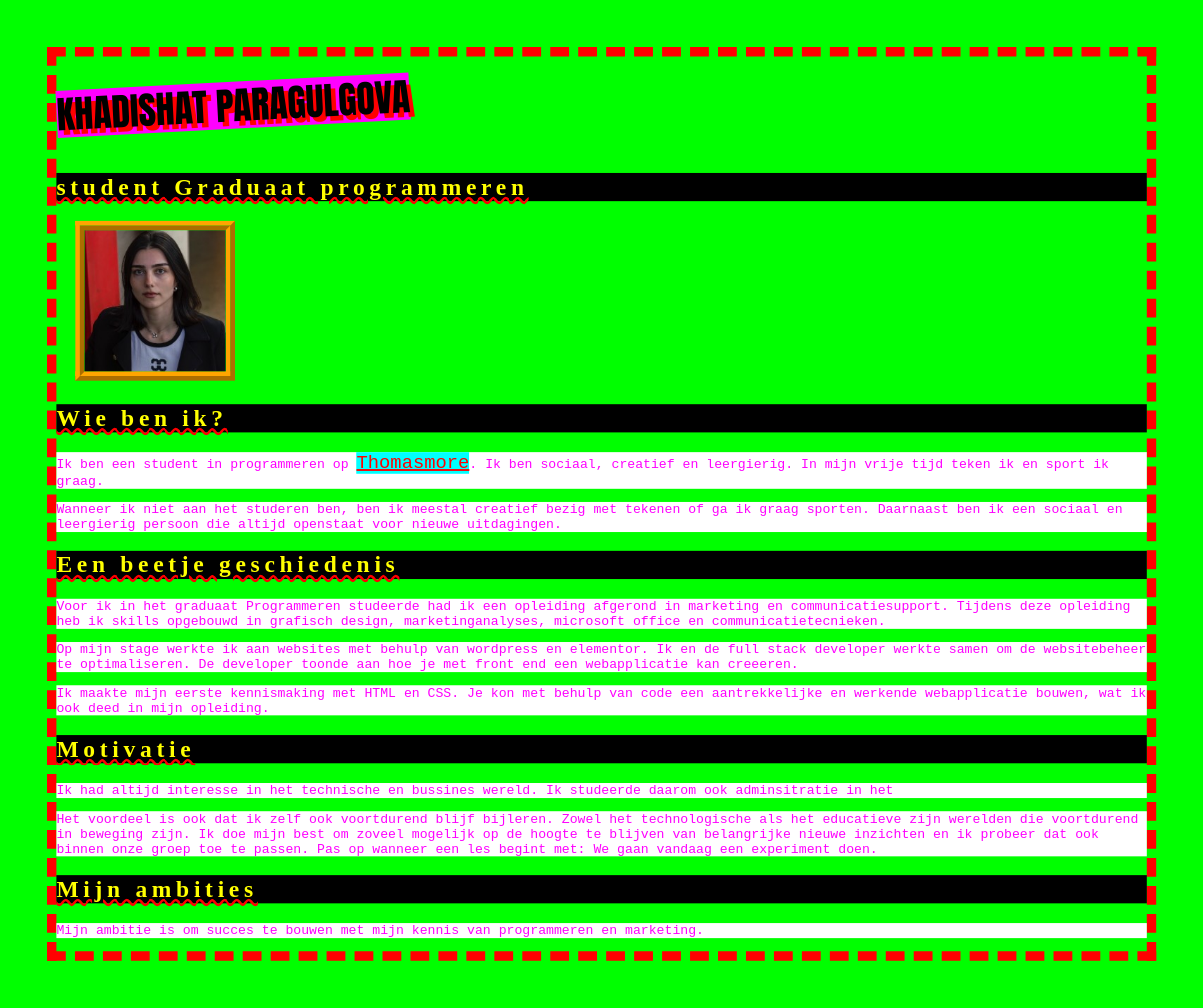
Repository: khadishat00/portfolio
Page: index1.html
An editor plug-in stored every save of this project. The page is shown before and after a run of saves, followed by the edit.
The browser window is 1280 px wide. The pictures show the whole page, at 94% of full size.

Above is the page before, as saved 2026-09-24 16:22:30.

### index1.html
<!doctype html>
<html lang="en">
  <head>
    <meta charset="UTF-8" />
    <meta name="viewport" content="width=device-width, initial-scale=1.0" />
    <title>portfolio</title>
  </head>
 <style>
    html {
      font-family: "Comic Sans MS", "Chalkboard SE", sans-serif;
      cursor: wait;
    }
    body {
      background-color: #00FF00;
      margin: 50px;
      border: 10px dashed red;
    }
    h1 {
      font-family: "Impact", fantasy;
      background-color: magenta;
      font-weight: 900;
      font-size: 40px;
      line-height: 50px;
      text-transform: uppercase;
      text-shadow: 5px 5px 0px red;
      transform: rotate(-3deg);
      display: inline-block;
    }
    h2 {
      font-family: "Papyrus", fantasy;
      color: yellow;
      background-color: black;
      font-weight: bold;
      font-size: 25px;
      line-height: 30px;
      text-decoration: underline wavy red;
      letter-spacing: 5px;
    }
    p {
      font-family: "Courier New", monospace;
      color: #FF00FF;
      background-color: white;
      font-size: 14px;

    }

    a {
      color: red;
      background-color: cyan;
      font-size: 20px;
    }

    figure {
      display: block;
      margin: 20px;
    }

    img {
      max-width: 150px;
      border: 10px ridge orange;
    }
  </style>

  <body>
    <header>
      <h1>Khadishat Paragulgova</h1>
      <h2>student Graduaat programmeren</h2>
      <figure>
        <img src="profielfoto.jpg" alt="Mijn profielfoto" />
      </figure>
    </header>
    <main>
      <h2>Wie ben ik?</h2>
      <p>
        Ik ben een student in programmeren op
        <a href="https://thomasmore.be/nl">Thomasmore</a>. Ik ben sociaal,
        creatief en leergierig. In mijn vrije tijd teken ik en sport ik graag.
      </p>
      <p>
        Wanneer ik niet aan het studeren ben, ben ik meestal creatief bezig met
        tekenen of ga ik graag sporten. Daarnaast ben ik een sociaal en
        leergierig persoon die altijd openstaat voor nieuwe uitdagingen.
      </p>

      <h2>Een beetje geschiedenis</h2>
      <p>
        Voor ik in het graduaat Programmeren studeerde had ik een opleiding
        afgerond in marketing en communicatiesupport. Tijdens deze opleiding heb
        ik skills opgebouwd in grafisch design, marketinganalyses, microsoft
        office en communicatietecnieken.
      </p>
      <p>
        Op mijn stage werkte ik aan websites met behulp van wordpress en
        elementor. Ik en de full stack developer werkte samen om de
        websitebeheer te optimaliseren. De developer toonde aan hoe je met front
        end een webapplicatie kan creeeren.
      </p>
      <p>
        Ik maakte mijn eerste kennismaking met HTML en CSS. Je kon met behulp van code een aantrekkelijke en werkende webapplicatie bouwen, wat ik ook deed in mijn opleiding.
      </p>

      <h2>Motivatie</h2>
      <p>
        Ik had altijd interesse in het technische en bussines wereld. Ik studeerde daarom ook adminsitratie in het
      </p>
      <p>
        Het voordeel is ook dat ik zelf ook voortdurend blijf bijleren. Zowel
        het technologische als het educatieve zijn werelden die voortdurend in
        beweging zijn. Ik doe mijn best om zoveel mogelijk op de hoogte te
        blijven van belangrijke nieuwe inzichten en ik probeer dat ook binnen
        onze groep toe te passen. Pas op wanneer een les begint met: We gaan
        vandaag een experiment doen.
      </p>

      <h2>Mijn ambities</h2>
      <p>
        Mijn ambitie is om succes te bouwen met mijn kennis van programmeren en marketing.
      </p>
    </main>
  </body>
</html>

After the next 2 saves:
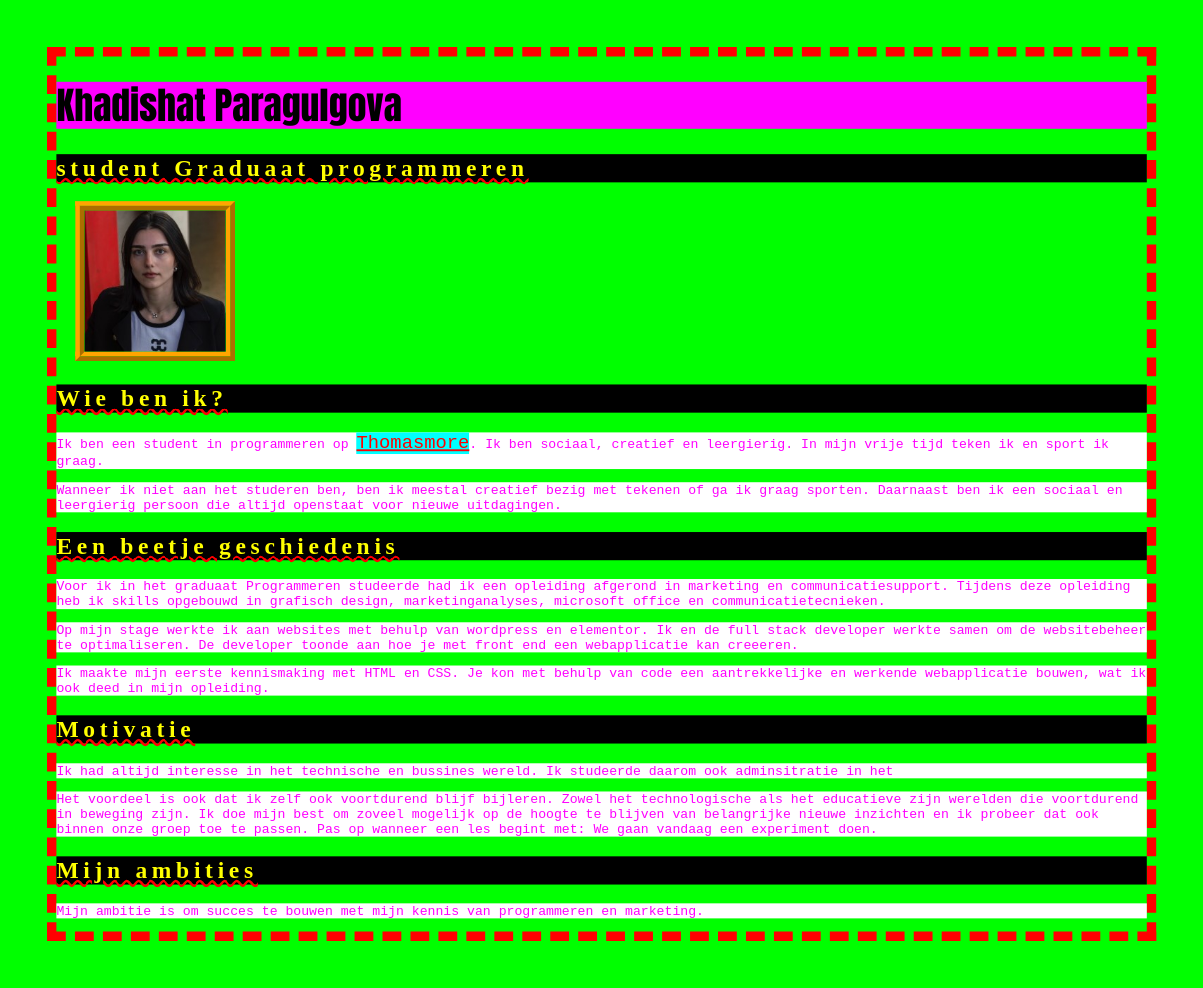
The 2 saves are shown as one change because they came seconds apart.
The last was saved 8 s later.
--- a/index1.html
+++ b/index1.html
@@ -21,10 +21,6 @@
       font-weight: 900;
       font-size: 40px;
       line-height: 50px;
-      text-transform: uppercase;
-      text-shadow: 5px 5px 0px red;
-      transform: rotate(-3deg);
-      display: inline-block;
     }
     h2 {
       font-family: "Papyrus", fantasy;
